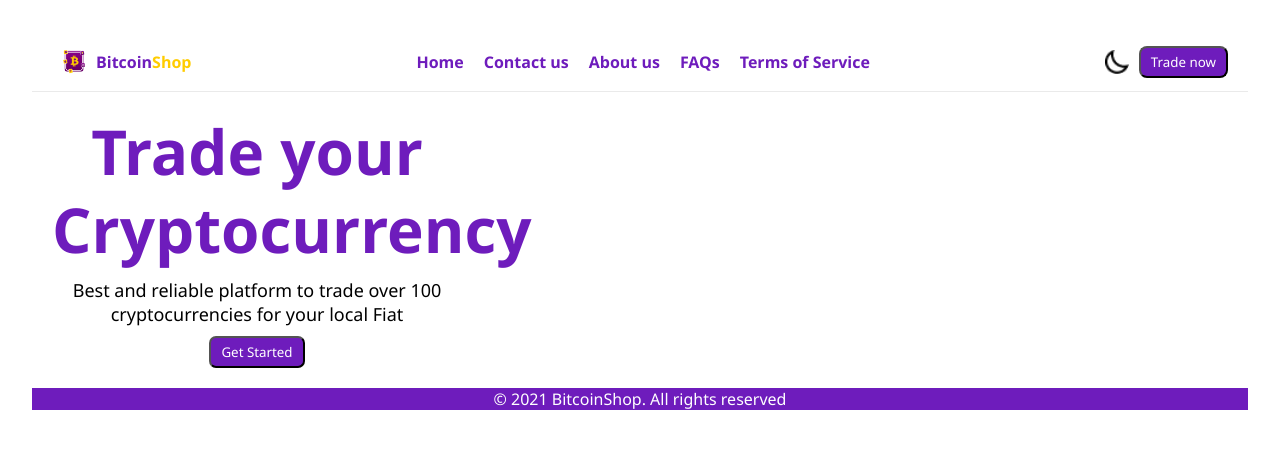
Repository: akinmiday/bitcoinshop-website
Page: /
The author's editor kept a copy of each file at every save. The page is drawn from the files as they stood at one save, then again after the next save.
The browser window is 1280 px wide. The pictures show the whole page.
The project was rebuilt for these pictures with package versions that can differ from the ones it lists, and the page was loaded fresh each time. Also part of the build but not shown: vite.config.js.

Above is the page before, as saved 2023-07-10 15:52:39.

After the next save:
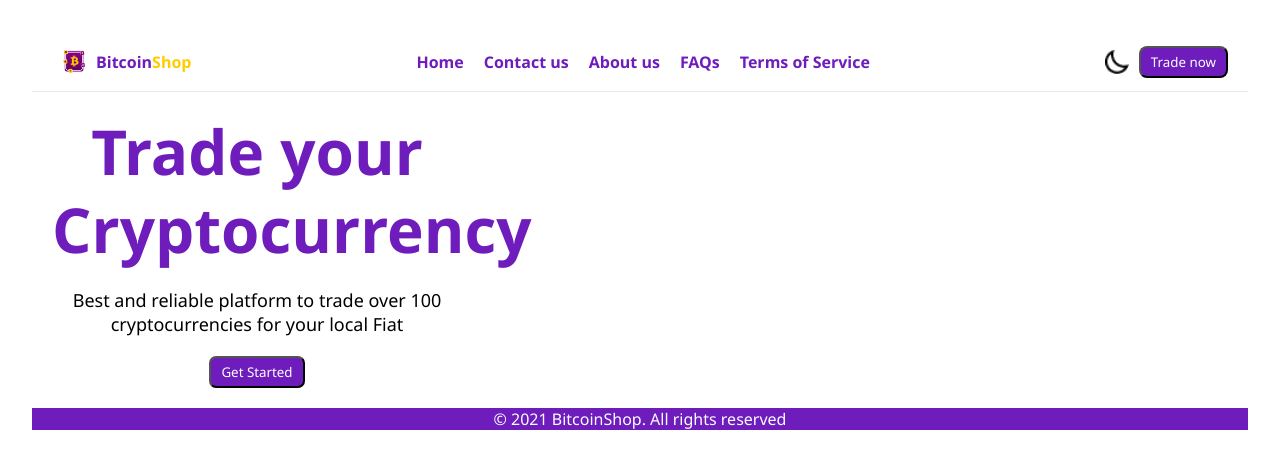
Saved 5 s later.
--- a/src/index.css
+++ b/src/index.css
@@ -76,7 +76,7 @@
 
 .left-side-title > p{
     font-size: 18px;
-    padding: 10px 0;
+    padding: 20px 0;
 }
 
 .left-side-title >button{
